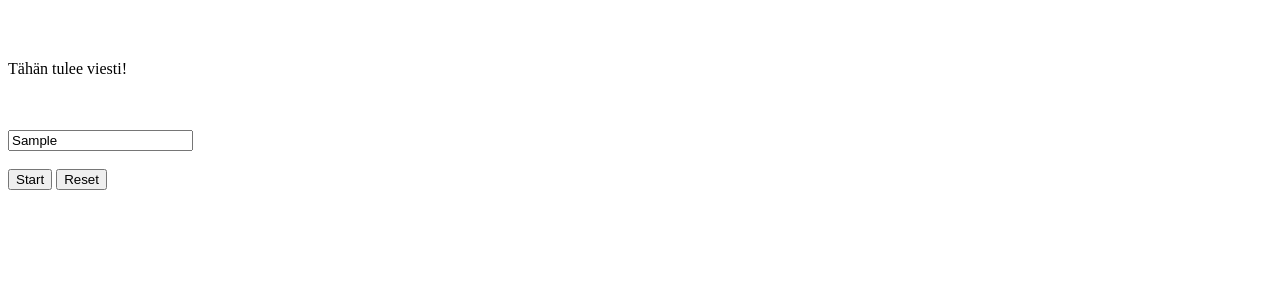
Repository: VadimZubchenko/numeronarvouspeli_JS
Page: public/index.html
The author's editor kept a copy of each file at every save. The page is drawn from the files as they stood at one save, then again after the next save.
The browser window is 1280 px wide. The pictures show the whole page.
Empty fields were first filled with sample values (such as "Sample", 5 or name@example.com).
After loading, the first visible `#startGame` was clicked once.

Above is the page before, as saved 2022-04-25 16:15:59.
Console error: ReferenceError: clentArvo is not defined

After the next save:
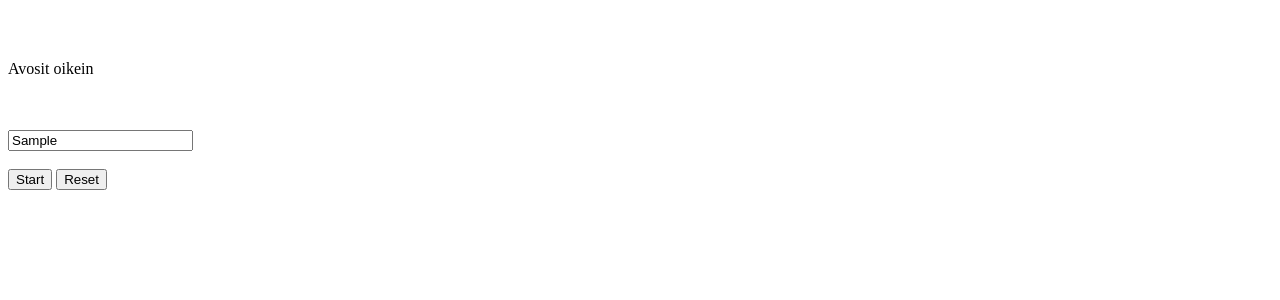
The error is gone.
Saved 37 s later.
--- a/public/script.js
+++ b/public/script.js
@@ -7,7 +7,7 @@ function startGame() {
   //jos se on jo käynnissä sittten running = true;
   let arvo = Math.floor(Math.random() * 100);
   let clientArvo = document.getElementById("numero").value;
-  if (clentArvo < arvo) {
+  if (clientArvo < arvo) {
     document.getElementById("message").innerHTML = "Numerosi on pienempi arvoa";
   }
   if (clientArvo > arvo) {
